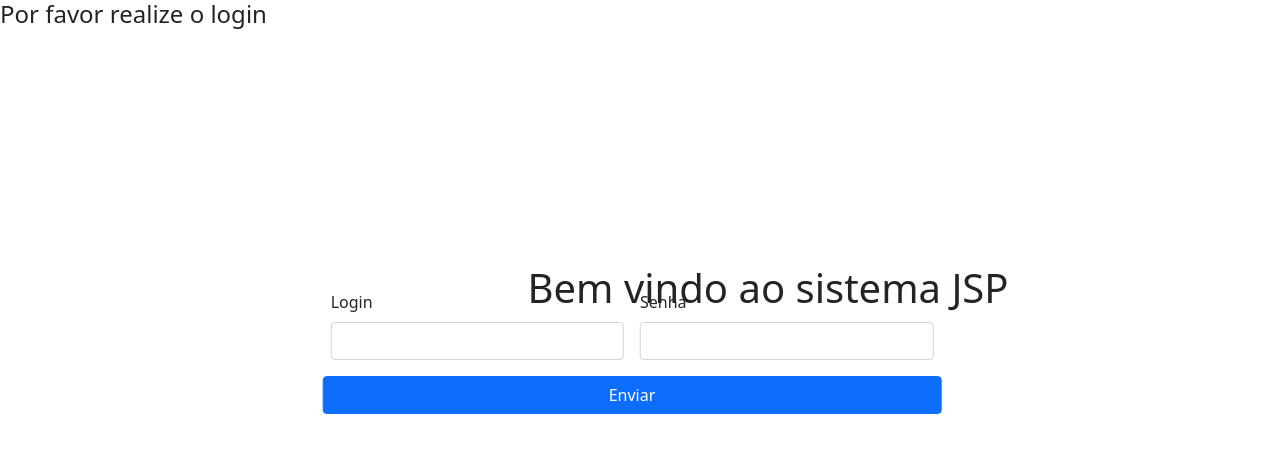
Repository: EduCarmo/PROJETO_JAVA-JSP_JDBC_SQL_JAVA
Page: http://localhost/curso-jsp/principal/cadastrousuario.jsp
These files come from the project's save history. The page is drawn as it stood at one moment and after the next save; the edit follows.
The browser window is 1280 px wide. The pictures show the whole page.
The page is served by Tomcat 10. Other server files are loaded and not shown.

Above is the page before, as saved 2024-03-13 22:05:01.

### curso-jsp/src/main/webapp/index.jsp
<%@ page language="java" contentType="text/html; charset=UTF-8"
	pageEncoding="UTF-8"%>
<!DOCTYPE html>
<html lang="pt-BR">
<head>
<meta charset="UTF-8">
<meta name="viewport" content="width=device-width, initial-scale=1">

<link
	href="https://cdn.jsdelivr.net/npm/bootstrap@5.0.2/dist/css/bootstrap.min.css"
	rel="stylesheet"
	integrity="sha384-EVSTQN3/azprG1Anm3QDgpJLIm9Nao0Yz1ztcQTwFspd3yD65VohhpuuCOmLASjC"
	crossorigin="anonymous">

<title>Curso JSP</title>

<style type="text/css">

form{
	position: absolute;
	top: 50%;
	left: 50%;
	transform: translate(-50%,-50%);
}

h1{
	position: absolute;
	top: 40%;
	left: 60%;
	transform: translate(-50%,-50%);

}

</style>

</head>
<body>

	<h1>Bem vindo ao sistema JSP</h1>

	<form action="ServletLogin" method="post" class="row g-3">

		<input type="hidden" value="<%=request.getParameter("url")%>"
			name="url">

		<div class="col-md-6">
			<label class="form-label">Login</label>
			<input name="login" type="text" class="form-control">
		</div>

		<div class="col-md-6">
			<label class="form-label">Senha</label>
			<input name="senha" type="password" class="form-control">
		</div>

		<input type="submit" value="Enviar" class="btn btn-primary">
	</form>

	<h4>${msg}</h4>

	<script
		src="https://cdn.jsdelivr.net/npm/bootstrap@5.0.2/dist/js/bootstrap.bundle.min.js"
		integrity="sha384-MrcW6ZMFYlzcLA8Nl+NtUVF0sA7MsXsP1UyJoMp4YLEuNSfAP+JcXn/tWtIaxVXM"
		crossorigin="anonymous"></script>

</body>
</html>

After the next save:
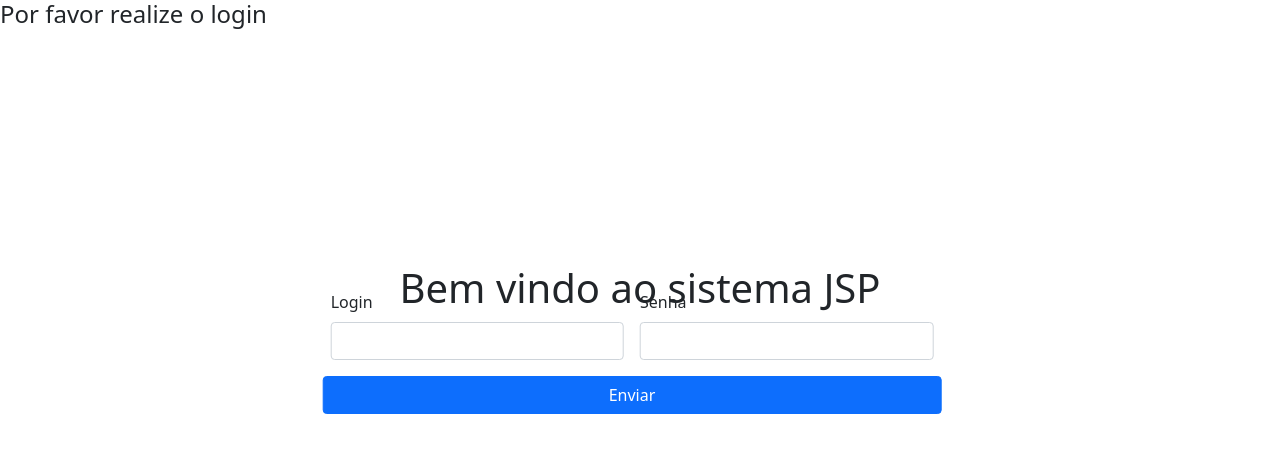
Saved 4 s later.
--- a/curso-jsp/src/main/webapp/index.jsp
+++ b/curso-jsp/src/main/webapp/index.jsp
@@ -26,7 +26,7 @@ form{
 h1{
 	position: absolute;
 	top: 40%;
-	left: 60%;
+	left: 50%;
 	transform: translate(-50%,-50%);
 
 }
